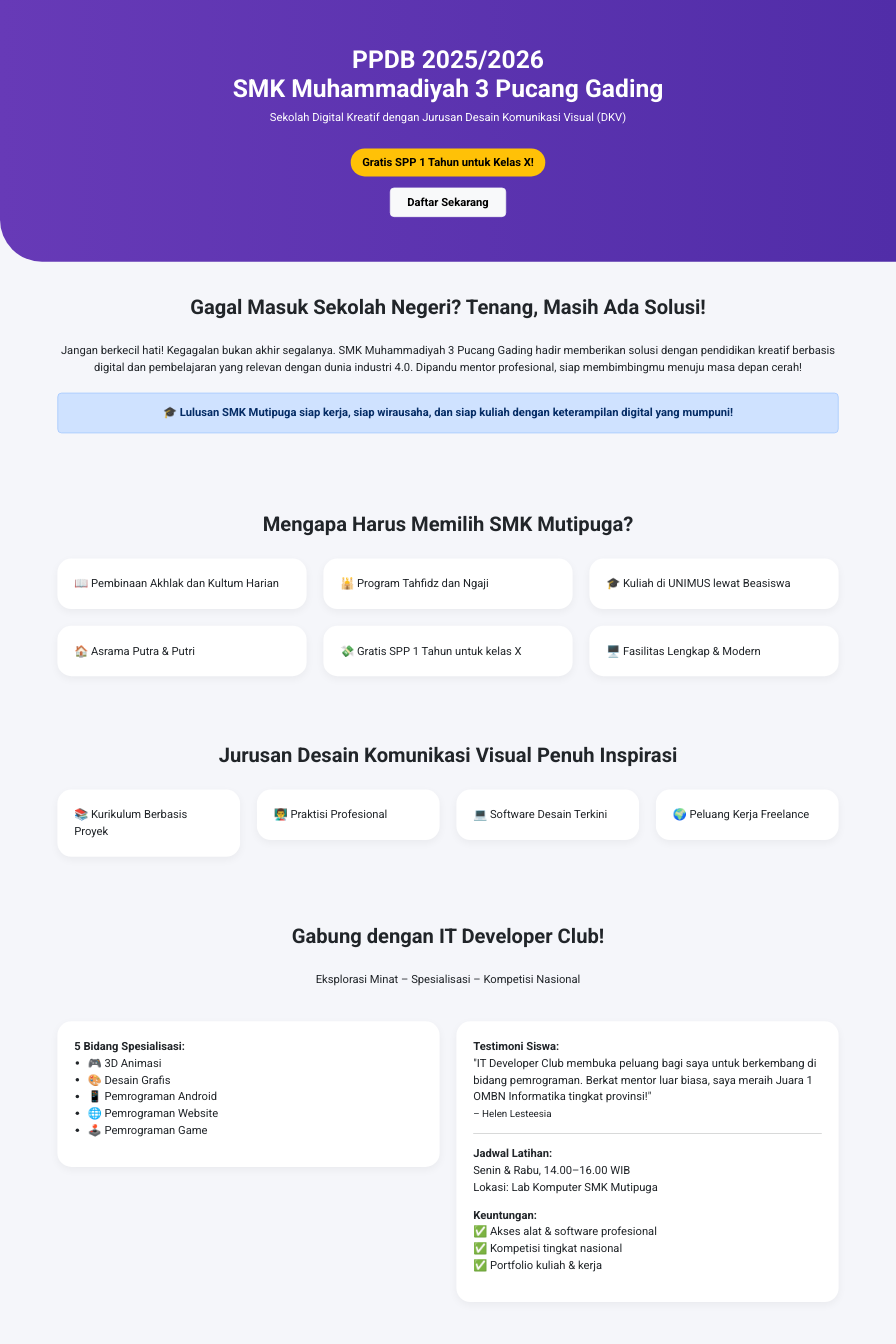
Repository: ppdbsmkmutipuga/ppdbsmkmutipuga.github.io
Page: index.html
The author's editor kept a copy of each file at every save. The page is drawn from the files as they stood at one save, then again after the next save.
The browser window is 1280 px wide. The pictures show the part of the page from y = 0 to 1920 px (the page is 2809 px tall before and 2705 px after), at 70% of full size.

Above is the page before, as saved 2025-06-29 02:41:47.

### index.html
<!DOCTYPE html>
<html lang="id">

<head>
    <meta charset="UTF-8" />
    <meta name="viewport" content="width=device-width, initial-scale=1.0" />
    <meta name="description"
        content="PPDB SMK Muhammadiyah 3 Pucang Gading - Sekolah Digital Kreatif Jurusan DKV. Gratis SPP 1 tahun untuk kelas X!" />
    <meta name="keywords"
        content="PPDB, SMK Muhammadiyah, DKV, Sekolah Digital, Gratis SPP, Ekstrakurikuler, IT Developer Club" />
    <meta name="author" content="SMK Mutipuga" />
    <title>PPDB SMK Mutipuga 2025/2026</title>
    <link href="https://fonts.googleapis.com/css2?family=Roboto:wght@400;700&display=swap" rel="stylesheet">
    <link href="https://cdn.jsdelivr.net/npm/bootstrap@5.3.3/dist/css/bootstrap.min.css" rel="stylesheet">
    <link href="style.css" rel="stylesheet">
</head>

<body>
    <header class="hero">
        <h1>PPDB 2025/2026<br>SMK Muhammadiyah 3 Pucang Gading</h1>
        <p>Sekolah Digital Kreatif dengan Jurusan Desain Komunikasi Visual (DKV)</p>
        <div class="highlight-badge">Gratis SPP 1 Tahun untuk Kelas X!</div><br>
        <a href="#pendaftaran" class="btn btn-light mt-3 fw-bold px-4 py-2" id="scrollButton">Daftar Sekarang</a>
    </header>

    <section class="container py-5 fade-in">
        <h2 class="section-title">Gagal Masuk Sekolah Negeri? Tenang, Masih Ada Solusi!</h2>
        <p class="text-center">Jangan berkecil hati! Kegagalan bukan akhir segalanya. SMK Muhammadiyah 3 Pucang Gading
            hadir memberikan solusi dengan pendidikan kreatif berbasis digital dan pembelajaran yang relevan dengan
            dunia industri 4.0. Dipandu mentor profesional, siap membimbingmu menuju masa depan cerah!</p>
        <div class="alert alert-primary mt-4 text-center fw-semibold">
            🎓 Lulusan SMK Mutipuga siap kerja, siap wirausaha, dan siap kuliah dengan keterampilan digital yang
            mumpuni!
        </div>
    </section>

    <section class="container py-5 fade-in">
        <h2 class="section-title">Mengapa Harus Memilih SMK Mutipuga?</h2>
        <div class="row g-4">
            <div class="col-md-4">
                <div class="card-custom">📖 Pembinaan Akhlak dan Kultum Harian</div>
            </div>
            <div class="col-md-4">
                <div class="card-custom">🕌 Program Tahfidz dan Ngaji</div>
            </div>
            <div class="col-md-4">
                <div class="card-custom">🎓 Kuliah di UNIMUS lewat Beasiswa</div>
            </div>
            <div class="col-md-4">
                <div class="card-custom">🏠 Asrama Putra & Putri</div>
            </div>
            <div class="col-md-4">
                <div class="card-custom">💸 Gratis SPP 1 Tahun untuk kelas X</div>
            </div>
            <div class="col-md-4">
                <div class="card-custom">🖥️ Fasilitas Lengkap & Modern</div>
            </div>
        </div>
    </section>

    <section class="container py-5 fade-in">
        <h2 class="section-title">Jurusan Desain Komunikasi Visual Penuh Inspirasi</h2>
        <div class="row g-4">
            <div class="col-md-3">
                <div class="card-custom">📚 Kurikulum Berbasis Proyek</div>
            </div>
            <div class="col-md-3">
                <div class="card-custom">👨‍🏫 Praktisi Profesional</div>
            </div>
            <div class="col-md-3">
                <div class="card-custom">💻 Software Desain Terkini</div>
            </div>
            <div class="col-md-3">
                <div class="card-custom">🌍 Peluang Kerja Freelance</div>
            </div>
        </div>
    </section>

    <section class="container py-5 fade-in">
        <h2 class="section-title">Gabung dengan IT Developer Club!</h2>
        <p class="text-center">Eksplorasi Minat – Spesialisasi – Kompetisi Nasional</p>
        <div class="row g-4 mt-4">
            <div class="col-md-6">
                <div class="card-custom">
                    <strong>5 Bidang Spesialisasi:</strong>
                    <ul>
                        <li>🎮 3D Animasi</li>
                        <li>🎨 Desain Grafis</li>
                        <li>📱 Pemrograman Android</li>
                        <li>🌐 Pemrograman Website</li>
                        <li>🕹️ Pemrograman Game</li>
                    </ul>
                </div>
            </div>
            <div class="col-md-6">
                <div class="card-custom">
                    <strong>Testimoni Siswa:</strong>
                    <blockquote>"IT Developer Club membuka peluang bagi saya untuk berkembang di bidang pemrograman.
                        Berkat mentor luar biasa, saya meraih Juara 1 OMBN Informatika tingkat provinsi!"<br><small>–
                            Helen Lesteesia</small></blockquote>
                    <hr>
                    <p><strong>Jadwal Latihan:</strong><br>
                        Senin & Rabu, 14.00–16.00 WIB<br>
                        Lokasi: Lab Komputer SMK Mutipuga</p>
                    <p><strong>Keuntungan:</strong><br>
                        ✅ Akses alat & software profesional<br>
                        ✅ Kompetisi tingkat nasional<br>
                        ✅ Portfolio kuliah & kerja</p>
                </div>
            </div>
        </div>
    </section>

    <section class="container py-5 fade-in">
        <h2 class="section-title">Kegiatan & Ekstrakurikuler Seru</h2>
        <div class="row g-4">
            <div class="col-md-3">
                <div class="card-custom">💻 Coding di Lab</div>
            </div>
            <div class="col-md-3">
                <div class="card-custom">🖌️ Desain Grafis</div>
            </div>
            <div class="col-md-3">
                <div class="card-custom">📖 Ngaji Bersama</div>
            </div>
            <div class="col-md-3">
                <div class="card-custom">🏅 Tapak Suci, Futsal & Seni</div>
            </div>
        </div>
    </section>

    <section id="pendaftaran" class="container py-5 fade-in">
        <h2 class="section-title">Informasi Pendaftaran</h2>
        <div class="row g-4">
            <div class="col-md-6">
                <div class="card-custom">
                    <strong>Syarat Pendaftaran:</strong>
                    <ul>
                        <li>📝 Mengisi Formulir</li>
                        <li>📄 Fotokopi Ijazah / SKL</li>
                        <li>📁 Fotokopi KK, KTP Ortu, Akta</li>
                        <li>🖼️ Pas Foto 3x4 (4 lembar)</li>
                    </ul>
                    <p><strong>Jadwal:</strong><br>
                        Gelombang 1: Jan–Mar 2025<br>
                        Gelombang 2: Apr–Jun 2025</p>
                    <div class="highlight-badge mt-3">Promo: Gratis SPP 1 Tahun*</div>
                </div>
            </div>
            <div class="col-md-6">
                <div class="card-custom">
                    <strong>Biaya & Kontak:</strong>
                    <ul class="mb-2">
                        <li>💳 Seragam: Rp1.000.000,- <small>(bawahan hitam beli sendiri)</small></li>
                        <li>📚 SPP Kelas XI & XII: Rp100.000,- / bulan</li>
                        <li>🏫 Wakaf (uang gedung) Gelombang 1: Rp500.000,-</li>
                        <li>🧪 Biaya Praktikum: Rp65.000,- / bulan</li>
                    </ul>
                    <hr>
                    <p>📱 WhatsApp: 081325977099 (Pak Jasno)<br>
                        ✉️ Email: smkmuh3puding@gmail.com<br>
                        📍 Alamat: Jl. Pucang Gading Raya, Batursari, Kec.</p>
                </div>
            </div>
        </div>
        <p class="text-center mt-3"><small>*Syarat & ketentuan berlaku untuk pendaftar Gelombang 1</small></p>
    </section>

    <footer class="footer">
        &copy; 2025 SMK Muhammadiyah 3 Pucang Gading. All Rights Reserved.
    </footer>

    <button id="scrollTopBtn" title="Kembali ke atas">&uarr;</button>

    <script src="https://cdn.jsdelivr.net/npm/bootstrap@5.3.3/dist/js/bootstrap.bundle.min.js"></script>
    <script src="script.js"></script>
</body>

</html>

### style.css
body {
    font-family: 'Roboto', sans-serif;
    background: #f5f6fa;
}

.hero {
    background: linear-gradient(to right, #673ab7, #512da8);
    color: white;
    padding: 4rem 2rem;
    border-bottom-left-radius: 60px;
    text-align: center;
}

.hero h1 {
    font-weight: 700;
    font-size: 2.2rem;
}

.highlight-badge {
    background-color: #ffc107;
    padding: 0.5rem 1rem;
    border-radius: 50px;
    color: #000;
    font-weight: bold;
    display: inline-block;
    margin-top: 1rem;
}

.section-title {
    text-align: center;
    font-weight: 700;
    font-size: 1.8rem;
    margin-bottom: 2rem;
}

.card-custom {
    border: none;
    border-radius: 20px;
    box-shadow: 0 4px 12px rgba(0, 0, 0, 0.05);
    padding: 1.5rem;
    background: #fff;
}

.footer {
    background-color: #512da8;
    color: white;
    padding: 2rem;
    text-align: center;
    border-top-left-radius: 60px;
}

ul {
    padding-left: 1.2rem;
}

#scrollTopBtn {
    display: none;
    position: fixed;
    bottom: 40px;
    right: 20px;
    z-index: 99;
    font-size: 18px;
    background-color: #512da8;
    color: white;
    border: none;
    padding: 12px 16px;
    border-radius: 50%;
    cursor: pointer;
    box-shadow: 0 2px 6px rgba(0, 0, 0, 0.3);
    transition: background-color 0.3s ease;
}

#scrollTopBtn:hover {
    background-color: #311b92;
}

.fade-in {
    opacity: 0;
    transform: translateY(30px);
    transition: opacity 0.8s ease-out, transform 0.8s ease-out;
}

.fade-in.show {
    opacity: 1;
    transform: translateY(0);
}

### script.js
document.addEventListener('DOMContentLoaded', function () {
    // Tombol scroll ke pendaftaran
    const scrollButton = document.getElementById('scrollButton');
    const pendaftaranSection = document.getElementById('pendaftaran');

    if (scrollButton && pendaftaranSection) {
        scrollButton.addEventListener('click', function (e) {
            e.preventDefault();
            pendaftaranSection.scrollIntoView({ behavior: 'smooth' });
        });
    }

    // Tombol scroll ke atas
    const scrollTopBtn = document.getElementById('scrollTopBtn');
    window.onscroll = function () {
        if (document.body.scrollTop > 300 || document.documentElement.scrollTop > 300) {
            scrollTopBtn.style.display = "block";
        } else {
            scrollTopBtn.style.display = "none";
        }

        // Animasi scroll fade-in
        document.querySelectorAll('.fade-in').forEach(function (el) {
            let rect = el.getBoundingClientRect();
            if (rect.top < window.innerHeight - 100) {
                el.classList.add('show');
            }
        });
    };

    scrollTopBtn.addEventListener('click', function () {
        window.scrollTo({ top: 0, behavior: 'smooth' });
    });

    // Countdown Gelombang 2
    const countdownTarget = new Date("April 1, 2025 00:00:00").getTime();
    const countdownElement = document.createElement('div');
    countdownElement.className = 'text-center mt-4 fw-bold text-danger';
    if (pendaftaranSection) {
        pendaftaranSection.appendChild(countdownElement);
    }

    setInterval(() => {
        const now = new Date().getTime();
        const distance = countdownTarget - now;

        if (distance < 0) {
            countdownElement.innerHTML = "💥 Pendaftaran Gelombang 2 Dibuka!";
            return;
        }

        const days = Math.floor(distance / (1000 * 60 * 60 * 24));
        const hours = Math.floor((distance % (1000 * 60 * 60 * 24)) / (1000 * 60 * 60));
        const minutes = Math.floor((distance % (1000 * 60 * 60)) / (1000 * 60));
        const seconds = Math.floor((distance % (1000 * 60)) / 1000);

        countdownElement.innerHTML = `⏳ Gelombang 2 dimulai dalam: <strong>${days}h ${hours}j ${minutes}m ${seconds}d</strong>`;
    }, 1000);

    // Inisialisasi class animasi
    document.querySelectorAll('.fade-in').forEach(function (el) {
        el.classList.add('fade-in');
    });
});

After the next save:
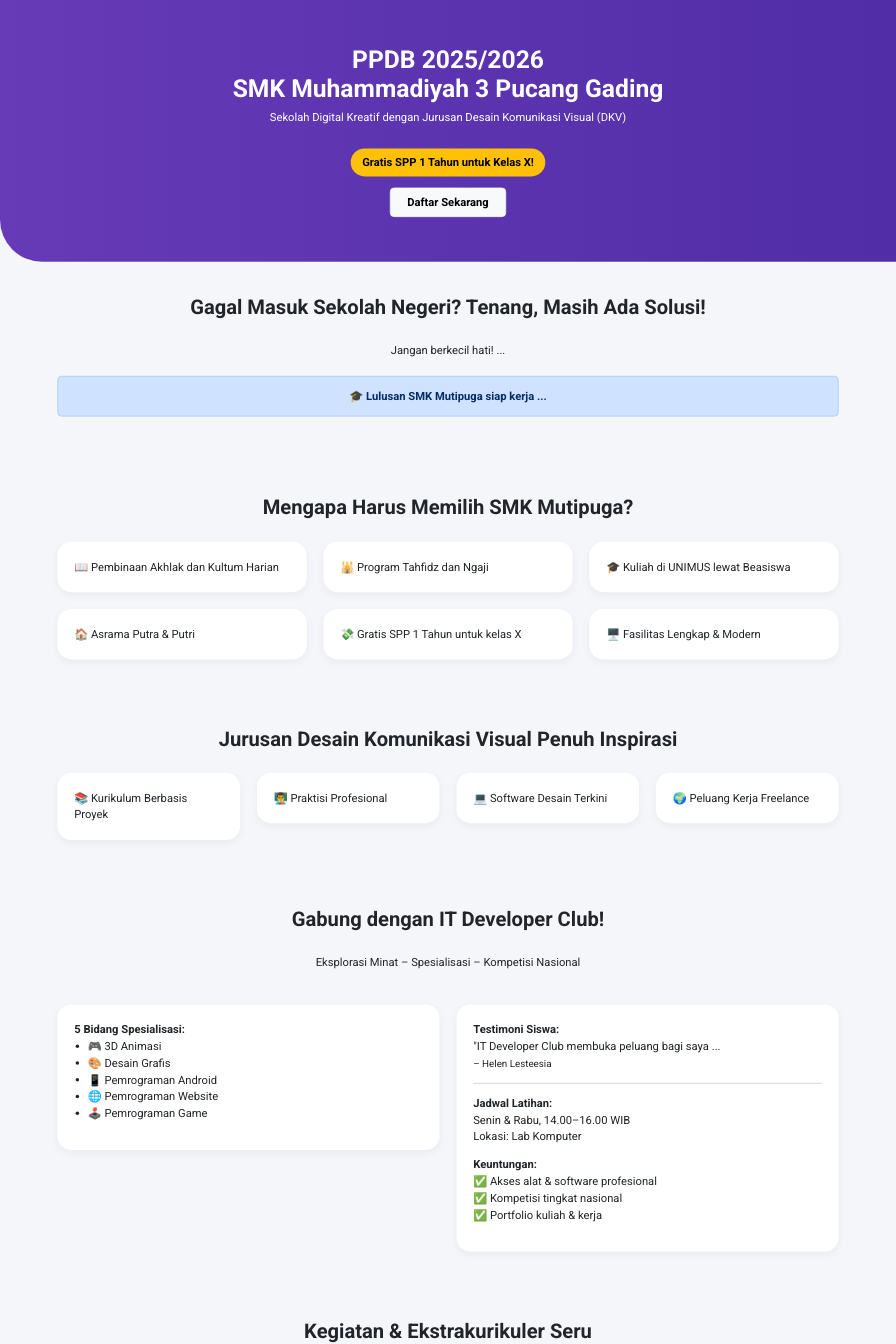
Not found: main.js
Saved 11 s later.
--- a/index.html
+++ b/index.html
@@ -12,7 +12,7 @@
     <title>PPDB SMK Mutipuga 2025/2026</title>
     <link href="https://fonts.googleapis.com/css2?family=Roboto:wght@400;700&display=swap" rel="stylesheet">
     <link href="https://cdn.jsdelivr.net/npm/bootstrap@5.3.3/dist/css/bootstrap.min.css" rel="stylesheet">
-    <link href="style.css" rel="stylesheet">
+    <link rel="stylesheet" href="style.css">
 </head>
 
 <body>
@@ -20,21 +20,18 @@
         <h1>PPDB 2025/2026<br>SMK Muhammadiyah 3 Pucang Gading</h1>
         <p>Sekolah Digital Kreatif dengan Jurusan Desain Komunikasi Visual (DKV)</p>
         <div class="highlight-badge">Gratis SPP 1 Tahun untuk Kelas X!</div><br>
-        <a href="#pendaftaran" class="btn btn-light mt-3 fw-bold px-4 py-2" id="scrollButton">Daftar Sekarang</a>
+        <a href="#pendaftaran" class="btn btn-light mt-3 fw-bold px-4 py-2">Daftar Sekarang</a>
     </header>
 
-    <section class="container py-5 fade-in">
+    <section class="container py-5">
         <h2 class="section-title">Gagal Masuk Sekolah Negeri? Tenang, Masih Ada Solusi!</h2>
-        <p class="text-center">Jangan berkecil hati! Kegagalan bukan akhir segalanya. SMK Muhammadiyah 3 Pucang Gading
-            hadir memberikan solusi dengan pendidikan kreatif berbasis digital dan pembelajaran yang relevan dengan
-            dunia industri 4.0. Dipandu mentor profesional, siap membimbingmu menuju masa depan cerah!</p>
+        <p class="text-center">Jangan berkecil hati! ...</p>
         <div class="alert alert-primary mt-4 text-center fw-semibold">
-            🎓 Lulusan SMK Mutipuga siap kerja, siap wirausaha, dan siap kuliah dengan keterampilan digital yang
-            mumpuni!
+            🎓 Lulusan SMK Mutipuga siap kerja ...
         </div>
     </section>
 
-    <section class="container py-5 fade-in">
+    <section class="container py-5">
         <h2 class="section-title">Mengapa Harus Memilih SMK Mutipuga?</h2>
         <div class="row g-4">
             <div class="col-md-4">
@@ -58,7 +55,7 @@
         </div>
     </section>
 
-    <section class="container py-5 fade-in">
+    <section class="container py-5">
         <h2 class="section-title">Jurusan Desain Komunikasi Visual Penuh Inspirasi</h2>
         <div class="row g-4">
             <div class="col-md-3">
@@ -76,7 +73,7 @@
         </div>
     </section>
 
-    <section class="container py-5 fade-in">
+    <section class="container py-5">
         <h2 class="section-title">Gabung dengan IT Developer Club!</h2>
         <p class="text-center">Eksplorasi Minat – Spesialisasi – Kompetisi Nasional</p>
         <div class="row g-4 mt-4">
@@ -95,13 +92,10 @@
             <div class="col-md-6">
                 <div class="card-custom">
                     <strong>Testimoni Siswa:</strong>
-                    <blockquote>"IT Developer Club membuka peluang bagi saya untuk berkembang di bidang pemrograman.
-                        Berkat mentor luar biasa, saya meraih Juara 1 OMBN Informatika tingkat provinsi!"<br><small>–
-                            Helen Lesteesia</small></blockquote>
+                    <blockquote>"IT Developer Club membuka peluang bagi saya ...<br><small>– Helen Lesteesia</small>
+                    </blockquote>
                     <hr>
-                    <p><strong>Jadwal Latihan:</strong><br>
-                        Senin & Rabu, 14.00–16.00 WIB<br>
-                        Lokasi: Lab Komputer SMK Mutipuga</p>
+                    <p><strong>Jadwal Latihan:</strong><br>Senin & Rabu, 14.00–16.00 WIB<br>Lokasi: Lab Komputer</p>
                     <p><strong>Keuntungan:</strong><br>
                         ✅ Akses alat & software profesional<br>
                         ✅ Kompetisi tingkat nasional<br>
@@ -111,7 +105,7 @@
         </div>
     </section>
 
-    <section class="container py-5 fade-in">
+    <section class="container py-5">
         <h2 class="section-title">Kegiatan & Ekstrakurikuler Seru</h2>
         <div class="row g-4">
             <div class="col-md-3">
@@ -129,7 +123,7 @@
         </div>
     </section>
 
-    <section id="pendaftaran" class="container py-5 fade-in">
+    <section id="pendaftaran" class="container py-5">
         <h2 class="section-title">Informasi Pendaftaran</h2>
         <div class="row g-4">
             <div class="col-md-6">
@@ -141,9 +135,7 @@
                         <li>📁 Fotokopi KK, KTP Ortu, Akta</li>
                         <li>🖼️ Pas Foto 3x4 (4 lembar)</li>
                     </ul>
-                    <p><strong>Jadwal:</strong><br>
-                        Gelombang 1: Jan–Mar 2025<br>
-                        Gelombang 2: Apr–Jun 2025</p>
+                    <p><strong>Jadwal:</strong><br>Gelombang 1: Jan–Mar 2025<br>Gelombang 2: Apr–Jun 2025</p>
                     <div class="highlight-badge mt-3">Promo: Gratis SPP 1 Tahun*</div>
                 </div>
             </div>
@@ -151,29 +143,27 @@
                 <div class="card-custom">
                     <strong>Biaya & Kontak:</strong>
                     <ul class="mb-2">
-                        <li>💳 Seragam: Rp1.000.000,- <small>(bawahan hitam beli sendiri)</small></li>
+                        <li>💳 Seragam: Rp1.000.000,-</li>
                         <li>📚 SPP Kelas XI & XII: Rp100.000,- / bulan</li>
-                        <li>🏫 Wakaf (uang gedung) Gelombang 1: Rp500.000,-</li>
-                        <li>🧪 Biaya Praktikum: Rp65.000,- / bulan</li>
+                        <li>🏫 Wakaf Gelombang 1: Rp500.000,-</li>
+                        <li>🧪 Praktikum: Rp65.000,- / bulan</li>
                     </ul>
                     <hr>
-                    <p>📱 WhatsApp: 081325977099 (Pak Jasno)<br>
+                    <p>📱 WhatsApp: 081325977099<br>
                         ✉️ Email: smkmuh3puding@gmail.com<br>
-                        📍 Alamat: Jl. Pucang Gading Raya, Batursari, Kec.</p>
+                        📍 Alamat: Jl. Pucang Gading Raya, Batursari</p>
                 </div>
             </div>
         </div>
-        <p class="text-center mt-3"><small>*Syarat & ketentuan berlaku untuk pendaftar Gelombang 1</small></p>
+        <p class="text-center mt-3"><small>*Syarat & ketentuan berlaku</small></p>
     </section>
 
     <footer class="footer">
         &copy; 2025 SMK Muhammadiyah 3 Pucang Gading. All Rights Reserved.
     </footer>
 
-    <button id="scrollTopBtn" title="Kembali ke atas">&uarr;</button>
-
     <script src="https://cdn.jsdelivr.net/npm/bootstrap@5.3.3/dist/js/bootstrap.bundle.min.js"></script>
-    <script src="script.js"></script>
+    <script src="main.js"></script>
 </body>
 
 </html>
